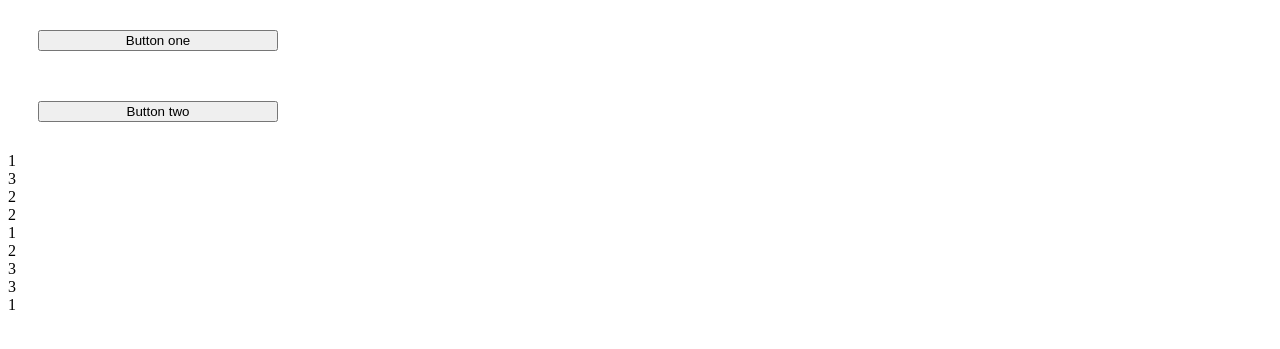
Repository: PeterKellett/the-importance-of-this
Page: index.html
The author's editor kept a record of every edit. The page is drawn from the files as they stood at one moment, then again after the next edit.
The browser window is 1280 px wide. The pictures show the whole page.

Above is the page before.

After the next edit:
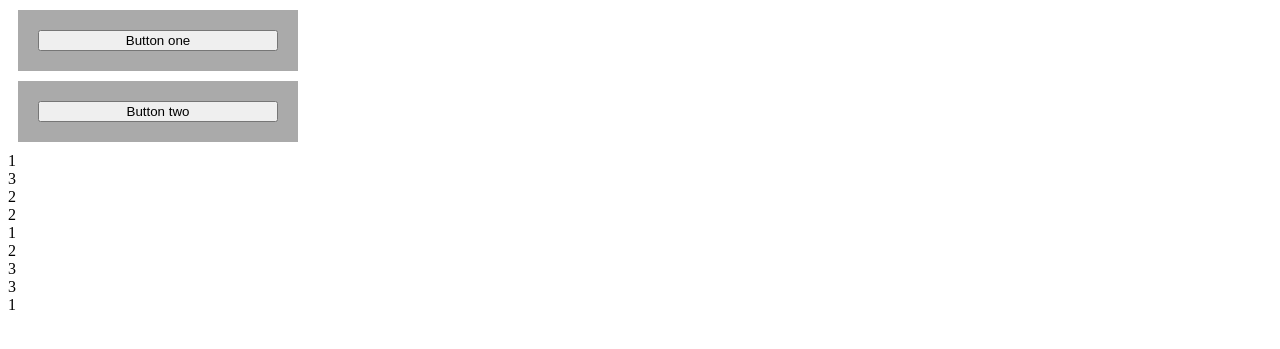
The edit:
--- a/css/style.css
+++ b/css/style.css
@@ -14,5 +14,17 @@
     max-width: 240px;
     margin: 10px;
     padding: 20px;
-    background-color: #fff;
+    background-color: #aaa;
 }
+
+.makeRed {
+    background-color: red;
+}
+
+.makeBlue {
+    background-color: blue;
+}
+
+.box {
+
+}
